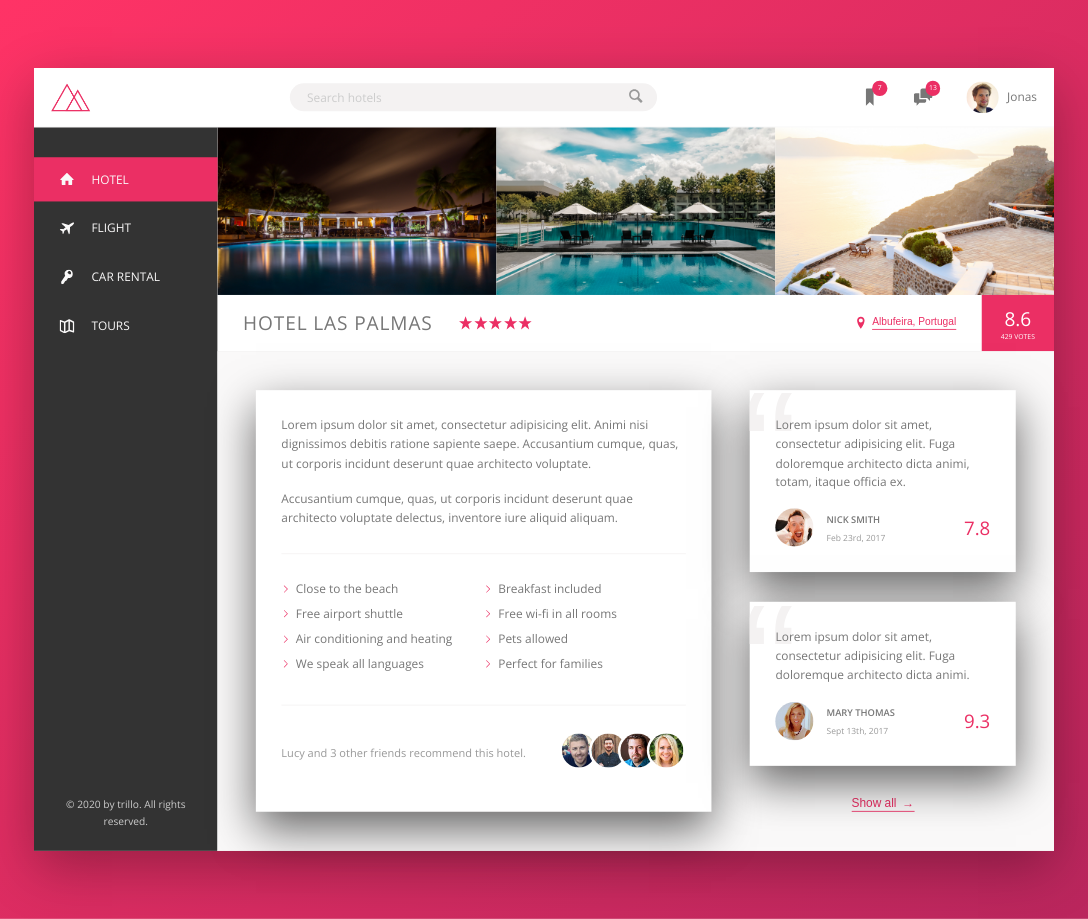
Repository: Lithium87/Trillo
Page: index.html
These files come from the project's save history. The page is drawn as it stood at one moment and after the next save; the edit follows.
The browser window is 1280 px wide. The pictures show the whole page, at 85% of full size.
The style sheet was rebuilt from its Sass, Less or Tailwind sources for each picture, by a compiler version that may differ from the author's.

Above is the page before, as saved 2020-05-17 13:54:44.

### index.html
<!DOCTYPE html>
<html lang="en">

<head>
    <meta charset="UTF-8">
    <meta name="viewport" content="width=device-width, initial-scale=1.0">

    <link href="https://fonts.googleapis.com/css?family=Open+Sans:300,400,600" rel="stylesheet">
    <link rel="stylesheet" href="css/style.css">
    <link rel="shortcut icon" type="image/png" href="img/favicon.png">

    <title>trillo &mdash; Your all-in-one booking app</title>
</head>

<body>
    <div class="container">
        <header class="header">
            <img src="img/logo.png" alt="Trillo logo" class="logo">
            <form action="#" class="search">
                <input type="text" class="search__input" placeholder="Search hotels">
                <button class="search__button">
                    <svg class="search__icon">
                        <use xlink:href="img/sprite.svg#icon-magnifying-glass"></use>
                    </svg>
                </button>
            </form>

            <nav class="user-nav">
                <div class="user-nav__icon-box">
                    <svg class="user-nav__icon">
                        <use xlink:href="img/sprite.svg#icon-bookmark"></use>
                    </svg>
                    <span class="user-nav__notification">7</span>
                </div>
                <div class="user-nav__icon-box">
                    <svg class="user-nav__icon">
                        <use xlink:href="img/sprite.svg#icon-chat"></use>
                    </svg>
                    <span class="user-nav__notification">13</span>
                </div>
                <div class="user-nav__user">
                    <img src="img/user.jpg" alt="User photo" class="user-nav__user-photo">
                    <span class="user-nav__user-name">Jonas</span>
                </div>
            </nav>
        </header>
        <div class="content">
            <nav class="sidebar">
                <ul class="side-nav">
                    <li class="side-nav__item side-nav__item--active">
                        <a href="#" class="side-nav__link">
                            <svg class="side-nav__icon">
                                <use xlink:href="img/stripe.svg#icon-home"></use>
                            </svg>
                            <span>Hotel</span>
                        </a>
                    </li>
                    <li class="side-nav__item">
                        <a href="#" class="side-nav__link">
                            <svg class="side-nav__icon">
                                <use xlink:href="img/stripe.svg#icon-aircraft"></use>
                            </svg>
                            <span>Flight</span>
                        </a>
                    </li>
                    <li class="side-nav__item">
                        <a href="#" class="side-nav__link">
                            <svg class="side-nav__icon">
                                <use xlink:href="img/stripe.svg#icon-key"></use>
                            </svg>
                            <span>Car rental</span>
                        </a>
                    </li>
                    <li class="side-nav__item">
                        <a href="#" class="side-nav__link">
                            <svg class="side-nav__icon">
                                <use xlink:href="img/stripe.svg#icon-map"></use>
                            </svg>
                            <span>Tours</span>
                        </a>
                    </li>
                </ul>
                <div class="legal">
                    &copy; 2020 by trillo. All rights reserved.
                </div>
            </nav>
            <main class="hotel-view">
                <div class="gallery">
                    <figure class="gallery__item">
                        <img src="img/hotel-1.jpg" alt="Photo of hotel 1" class="gallery__photo">
                    </figure>
                    <figure class="gallery__item">
                        <img src="img/hotel-2.jpg" alt="Photo of hotel 2" class="gallery__photo">
                    </figure>
                    <figure class="gallery__item">
                        <img src="img/hotel-3.jpg" alt="Photo of hotel 3" class="gallery__photo">
                    </figure>
                </div>
                <div class="overview">
                    <h1 class="overview__heading">Hotel Las Palmas</h1>
                    <div class="overview__stars">
                        <svg class="overview__icon-star">
                            <use xlink:href="img/stripe.svg#icon-star"></use>
                        </svg>
                        <svg class="overview__icon-star">
                            <use xlink:href="img/stripe.svg#icon-star"></use>
                        </svg>
                        <svg class="overview__icon-star">
                            <use xlink:href="img/stripe.svg#icon-star"></use>
                        </svg>
                        <svg class="overview__icon-star">
                            <use xlink:href="img/stripe.svg#icon-star"></use>
                        </svg>
                        <svg class="overview__icon-star">
                            <use xlink:href="img/stripe.svg#icon-star"></use>
                        </svg>
                    </div>
                    <div class="overview__location">
                        <svg class="overview__icon-location">
                            <use xlink:href="img/stripe.svg#icon-location-pin"></use>
                        </svg>
                        <button class="btn-inline">Albufeira, Portugal</button>
                    </div>
                    <div class="overview__rating">
                        <div class="overview__rating-average">8.6</div>
                        <div class="overview__rating-count">429 votes</div>
                    </div>
                </div>
                <div class="detail">
                    <div class="description">
                        <p class="paragraph">
                            Lorem ipsum dolor sit amet, consectetur adipisicing elit. Animi nisi dignissimos debitis ratione sapiente saepe. Accusantium cumque, quas, ut corporis incidunt deserunt quae architecto voluptate.
                        </p>
                        <p class="paragraph">
                            Accusantium cumque, quas, ut corporis incidunt deserunt quae architecto voluptate delectus, inventore iure aliquid aliquam.
                        </p>
                        <ul class="list">
                            <li class="list__item">Close to the beach</li>
                            <li class="list__item">Breakfast included</li>
                            <li class="list__item">Free airport shuttle</li>
                            <li class="list__item">Free wi-fi in all rooms</li>
                            <li class="list__item">Air conditioning and heating</li>
                            <li class="list__item">Pets allowed</li>
                            <li class="list__item">We speak all languages</li>
                            <li class="list__item">Perfect for families</li>
                        </ul>
                        <div class="recommend">
                            <p class="recommend__count">
                                Lucy and 3 other friends recommend this hotel.
                            </p>
                            <div class="recommend__friends">
                                <img src="img/user-3.jpg" alt="Friend 1" class="recommend__photo">
                                <img src="img/user-4.jpg" alt="Friend 2" class="recommend__photo">
                                <img src="img/user-5.jpg" alt="Friend 3" class="recommend__photo">
                                <img src="img/user-6.jpg" alt="Friend 4" class="recommend__photo">
                            </div>
                        </div>
                    </div>
                    <div class="user-reviews">
                        <figure class="review">
                            <blockquote class="review__text">
                                Lorem ipsum dolor sit amet, consectetur adipisicing elit. Fuga doloremque architecto dicta animi, totam, itaque officia ex.
                            </blockquote>
                            <figcaption class="review__user">
                                <img src="img/user-1.jpg" alt="User 1" class="review__photo">
                                <div class="review__user-box">
                                    <p class="review__user-name">Nick Smith</p>
                                    <p class="review__user-date">Feb 23rd, 2017</p>
                                </div>
                                <div class="review__rating">7.8</div>
                            </figcaption>
                        </figure>
                        <figure class="review">
                            <blockquote class="review__text">
                                Lorem ipsum dolor sit amet, consectetur adipisicing elit. Fuga doloremque architecto dicta animi.
                            </blockquote>
                            <figcaption class="review__user">
                                <img src="img/user-2.jpg" alt="User 2" class="review__photo">
                                <div class="review__user-box">
                                    <p class="review__user-name">Mary Thomas</p>
                                    <p class="review__user-date">Sept 13th, 2017</p>
                                </div>
                                <div class="review__rating">9.3</div>
                            </figcaption>
                        </figure>
                        <button class="btn-inline">Show all <span>&rarr;</span></button>
                    </div>
                </div>
            </main>
        </div>
    </div>
</body>

</html>

### sass/_base.scss
:root {
    --color-primary: #eb2f64;
    --color-primary-light: #FF3366;
    --color-primary-dark: #BA265D;
    --color-grey-light-1: #faf9f9;
    --color-grey-light-2: #f4f2f2;
    --color-grey-light-3: #f0eeee;
    --color-grey-light-4: #ccc;
    --color-grey-dark-1: #333;
    --color-grey-dark-2: #777;
    --color-grey-dark-3: #999;
    --shadow-dark: 0 2rem 6rem rgba(0, 0, 0, .3);
    --shadow-light: 0 2rem 5rem rgba(0, 0, 0, .6);
    --line: 1px solid var(--color-grey-light-2);
}

* {
    margin: 0;
    padding: 0;
}

*,
*::before,
*::after {
    box-sizing: inherit;
}

html {
    box-sizing: border-box;
    font-size: 62.5%; // 1rem = 10px
}

body {
    font-family: 'Open Sans', sans-serif;
    font-weight: 400;
    line-height: 1.6;
    color: var(--color-grey-dark-2);
    background-image: linear-gradient(to right bottom, var(--color-primary-light), var(--color-primary-dark));
    background-size: cover;
    background-repeat: no-repeat;
    min-height: 100vh;
}

### sass/_layout.scss
.container {
    max-width: 120rem;
    margin: 8rem auto;
    background-color: var(--color-grey-light-1);
    box-shadow: var(--shadow-dark);
    min-height: 50rem;
}

.header {
    font-size: 1.4rem;
    height: 7rem;
    background-color: #fff;
    border-bottom: var(--line);
    display: flex;
    justify-content: space-between;
    align-items: center;
}

.content {
    display: flex;
}

.sidebar {
    background-color: var(--color-grey-dark-1);
    flex: 0 0 18%;
    display: flex;
    flex-direction: column;
    justify-content: space-between;
}

.hotel-view {
    background-color: #fff;
    flex: 1;
}

.detail {
    font-size: 1.4rem;
    display: flex;
    padding: 4.5rem;
    background-color: var(--color-grey-light-1);
    border-bottom: var(--line);
}

.description {
    background-color: #fff;
    box-shadow: var(--shadow-light);
    padding: 3rem;
    flex: 0 0 60%;
    margin-right: 4.5rem;
}

.user-reviews {
    flex: 1;
    display: flex;
    flex-direction: column;
    align-items: center;
}

### sass/_components.scss
///////////////////////
//LOGO
.logo {
    height: 3.25rem;
    margin-left: 2rem;
}

///////////////////////
//SEARCH BOX
.search {
    flex: 0 0 40%;
    display: flex;
    align-items: center;
    justify-content: center;
    &__input {
        font-family: inherit;
        font-size: inherit;
        color: inherit;
        background-color: var(--color-grey-light-2);
        border: none;
        padding: .7rem 2rem;
        border-radius: 100px;
        width: 90%;
        transition: all .2s;
        margin-right: -3.5rem;
        &:focus {
            outline: none;
            width: 100%;
            background-color: var(--color-grey-light-3);
        }
        &::-webkit-input-placeholder {
            font-weight: 100;
            color: var(--color-grey-light-4);
        }
    }
    &__input:focus+&__button {
        background-color: var(--color-grey-light-3);
    }
    &__button {
        border: none;
        background-color: var(--color-grey-light-2);
        &:focus {
            outline: none;
        }
        &:active {
            transform: translateY(2px);
        }
    }
    &__icon {
        height: 2rem;
        width: 2rem;
        fill: var(--color-grey-dark-3);
    }
}

///////////////////////
//USER NAVIGATION
.user-nav {
    align-self: stretch;
    display: flex;
    align-items: center;
    &>* {
        padding: 0 2rem;
        cursor: pointer;
        height: 100%;
        display: flex;
        align-items: center;
    }
    &>*:hover {
        background-color: var(--color-grey-light-2);
    }
    &__icon-box {
        position: relative;
    }
    &__icon {
        height: 2.25rem;
        width: 2.25rem;
        fill: var(--color-grey-dark-2);
    }
    &__notification {
        font-size: .8rem;
        height: 1.75rem;
        width: 1.75rem;
        border-radius: 50%;
        background-color: var(--color-primary);
        color: #fff;
        position: absolute;
        top: 1.5rem;
        right: 1.1rem;
        display: flex;
        justify-content: center;
        align-items: center;
    }
    &__user-photo {
        height: 3.75rem;
        border-radius: 50%;
        margin-right: 1rem;
    }
}

///////////////////////
//SIDE NAVIGATION
.side-nav {
    font-size: 1.4rem;
    list-style: none;
    margin-top: 3.5rem;
    &__item {
        position: relative;
        &:not(:last-child) {
            margin-bottom: .5rem;
        }
    }
    &__item::before {
        content: "";
        position: absolute;
        top: 0;
        left: 0;
        height: 100%;
        width: 3px;
        background-color: var(--color-primary);
        transform: scaleY(0);
        transition: transform .2s, width .4s cubic-bezier(1, 0, 0, 1) .2s, background-color .1s;
    }
    &__item:hover::before,
    &__item--active::before {
        transform: scaleY(1);
        width: 100%;
    }
    &__item:active::before {
        background-color: var(--color-primary-light);
    }
    &__link:link,
    &__link:visited {
        color: var(--color-grey-light-1);
        text-decoration: none;
        text-transform: uppercase;
        display: block;
        padding: 1.5rem 3rem;
        position: relative;
        z-index: 10;
        display: flex;
        align-items: center;
    }
    &__icon {
        width: 1.75rem;
        height: 1.75rem;
        margin-right: 2rem;
        fill: currentColor;
    }
}

///////////////////////
//LEGAL TEXT
.legal {
    font-size: 1.2rem;
    color: var(--color-grey-light-4);
    text-align: center;
    padding: 2.5rem;
}

///////////////////////
//GALLERY
.gallery {
    display: flex;
    &__photo {
        width: 100%;
        display: block;
    }
}

///////////////////////
//HOTEL OVERVIEW
.overview {
    display: flex;
    align-items: center;
    border-bottom: var(--line);
    &__heading {
        font-size: 2.25rem;
        font-weight: 300;
        text-transform: uppercase;
        letter-spacing: 1px;
        padding: 1.5rem 3rem;
    }
    &__stars {
        margin-right: auto;
        display: flex;
    }
    &__icon-star,
    &__icon-location {
        width: 1.75rem;
        height: 1.75rem;
        fill: var(--color-primary);
    }
    &__location {
        font-size: 1.2rem;
        display: flex;
        align-items: center;
    }
    &__icon-location {
        margin-right: .5rem;
    }
    &__rating {
        background-color: var(--color-primary);
        color: #fff;
        margin-left: 3rem;
        padding: 0 2.25rem;
        align-self: stretch;
        display: flex;
        flex-direction: column;
        align-items: center;
        justify-content: center;
    }
    &__rating-average {
        font-size: 2.25rem;
        font-weight: 300;
        margin-bottom: -3px;
    }
    &__rating-count {
        font-size: .8rem;
        text-transform: uppercase;
    }
}

///////////////////////
//BUTTON INLINE
.btn-inline {
    border: none;
    color: var(--color-primary);
    font-size: inherit;
    border-bottom: 1px solid currentColor;
    padding-bottom: 2px;
    display: inline-block;
    background-color: transparent;
    cursor: pointer;
    transition: all .2s;
    span {
        margin-left: 3px;
        transition: margin-left .2s;
    }
    &:hover {
        color: var(--color-grey-dark-1);
        span {
            margin-left: 8px;
        }
    }
    &:focus {
        outline: none;
        animation: pulsate 1s infinite;
    }
}

@keyframes pulsate {
    0% {
        transform: scale(1);
        box-shadow: none;
    }
    50% {
        transform: scale(1.05);
        box-shadow: 0 1rem 4rem rgba(0, 0, 0, .25);
    }
    100% {
        transform: scale(1);
        box-shadow: none;
    }
}

///////////////////////
//PARAGRAPH
.paragraph:not(:last-of-type) {
    margin-bottom: 2rem;
}

///////////////////////
//LIST
.list {
    list-style: none;
    margin: 3rem 0;
    padding: 3rem 0;
    border-top: var(--line);
    border-bottom: var(--line);
    display: flex;
    flex-wrap: wrap;
    &__item {
        flex: 0 0 50%;
        margin-bottom: .7rem;
    }
    &__item::before {
        content: "";
        display: inline-block;
        height: 1rem;
        width: 1rem;
        margin-right: .7rem;
        //Older browsers
        //background-image: url(../img/chevron-thin-right.svg);
        //background-size: cover;
        //Newer browsers - masks
        background-color: var(--color-primary);
        -webkit-mask-image: url(../img/chevron-thin-right.svg);
        -webkit-mask-size: cover;
        mask-image: url(../img/chevron-thin-right.svg);
        mask-size: cover;
    }
}

///////////////////////
//RECOMMEND
.recommend {
    font-size: 1.3rem;
    color: var(--color-grey-dark-3);
    display: flex;
    align-items: center;
    &__count {
        margin-right: auto;
    }
    &__photo {
        box-sizing: content-box;
        height: 4rem;
        width: 4rem;
        border-radius: 50%;
        border: 3px solid #fff;
        &:not(:last-child) {
            margin-right: -1.5rem;
        }
    }
}

///////////////////////
//REVIEWS
.review {
    background-color: #fff;
    box-shadow: var(--shadow-light);
    padding: 3rem;
    margin-bottom: 3.5rem;
    position: relative;
    overflow: hidden;
    &__text {
        margin-bottom: 2rem;
        z-index: 10;
        position: relative;
    }
    &__user {
        display: flex;
        align-items: center;
    }
    &__photo {
        height: 4.5rem;
        width: 4.5rem;
        border-radius: 50%;
        margin-right: 1.5rem;
    }
    &__user-box {
        margin-right: auto;
    }
    &__user-name {
        font-size: 1.1rem;
        font-weight: 600;
        text-transform: uppercase;
        margin-bottom: .4rem;
    }
    &__user-date {
        font-size: 1rem;
        color: var(--color-grey-dark-3);
    }
    &__rating {
        color: var(--color-primary);
        font-size: 2.2rem;
        font-weight: 300;
    }
    &::before {
        content: "\201C";
        position: absolute;
        top: -2.75rem;
        left: -1rem;
        line-height: 1;
        font-size: 20rem;
        color: var(--color-grey-light-2);
        font-family: sans-serif;
        z-index: 1;
    }
}

///////////////////////
//CALL TO ACTION
.cta {
    padding: 3.5rem 0;
    text-align: center;
    &__book-now {
        font-size: 1.5rem;
        font-weight: 300;
        text-transform: uppercase;
        margin-bottom: 2.5rem;
    }
}

Loaded but not shown: sass/main.scss (common file)

After the next save:
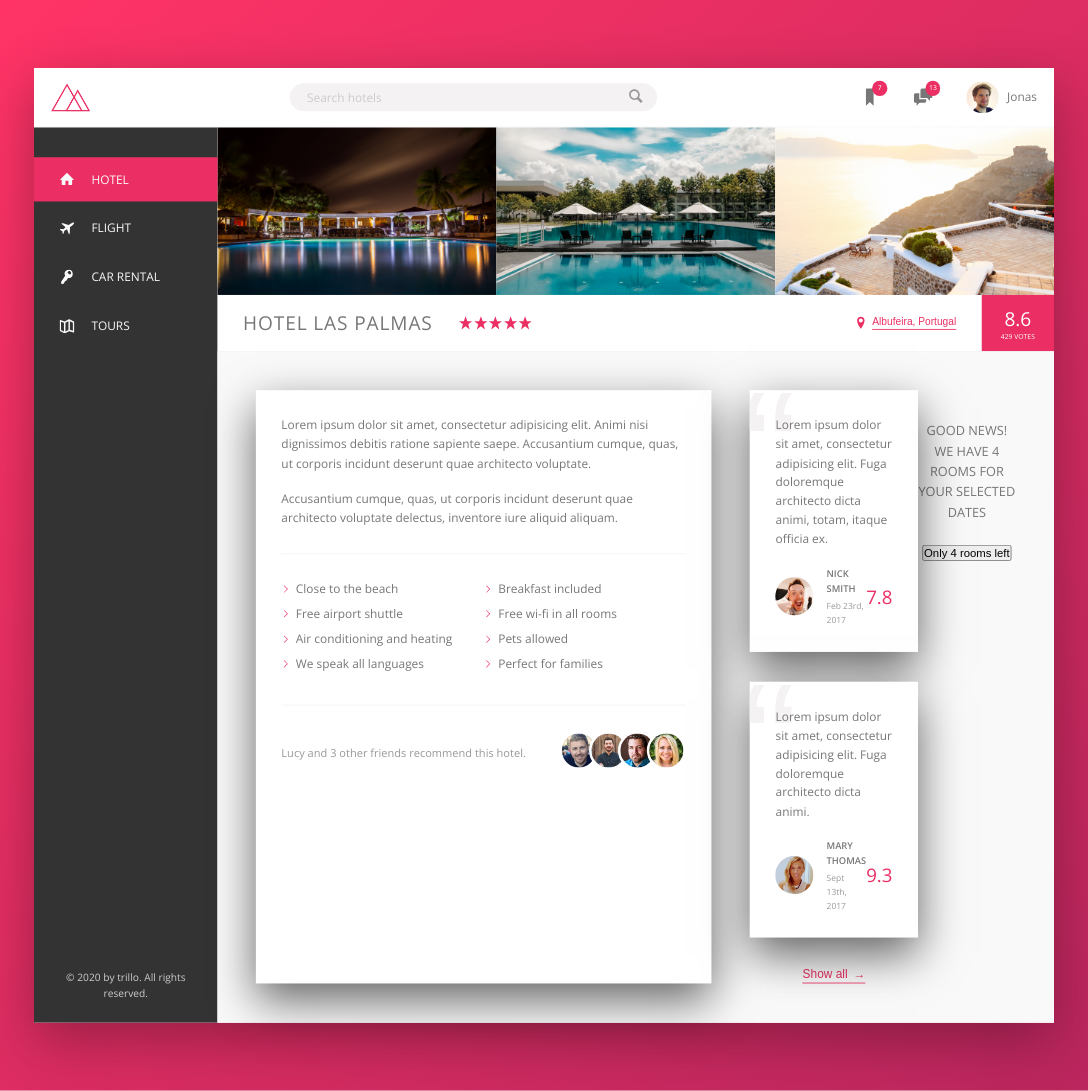
Saved 12 s later.
--- a/index.html
+++ b/index.html
@@ -185,6 +185,12 @@
                         </figure>
                         <button class="btn-inline">Show all <span>&rarr;</span></button>
                     </div>
+                    <div class="cta">
+                        <h2 class="cta__book-now">Good news! We have 4 rooms for your selected dates</h2>
+                        <button class="btn">
+                            Only 4 rooms left
+                        </button>
+                    </div>
                 </div>
             </main>
         </div>
